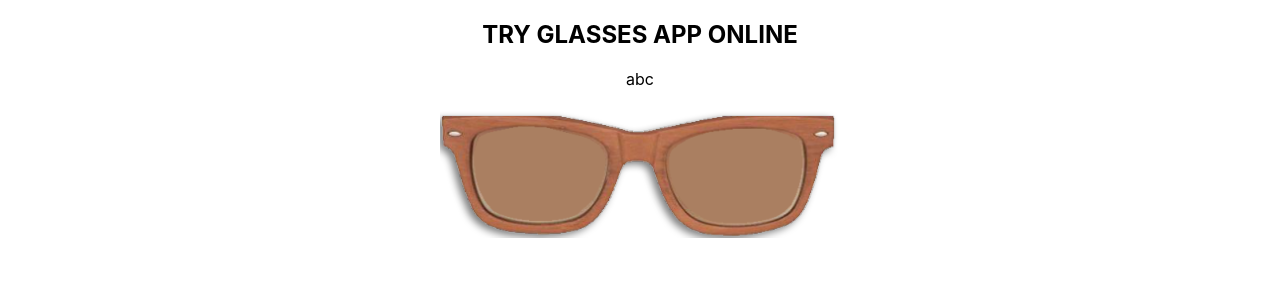
Repository: phongthanhh/ChoseGlass
Page: /
The author's editor kept a copy of each file at every save. The page is drawn from the files as they stood at one save, then again after the next save.
The browser window is 1280 px wide. The pictures show the whole page.
The project was rebuilt for these pictures with package versions that can differ from the ones it lists, and the page was loaded fresh each time.

Above is the page before, as saved 2022-12-25 15:15:46.

### src/App.js
import logo from './logo.svg';
import './App.css';
import BTGlass from './ChoseGlass/BTGlass';

function App() {
  return (
    <div className="App">
      <BTGlass />
    </div>
  );
}

export default App;

### src/ChoseGlass/BTGlass.jsx
import React, { Component } from 'react';

class BTGlass extends Component {

    listGlass = [
        {
            "id": 1,
            "price": 30,
            "name": "GUCCI G8850U",
            "url": "./img/glassesImage/v1.png",
            "desc": "Light pink square lenses define these sunglasses, ending with amother of pearl effect tip. "
        },
        {
            "id": 2,
            "price": 50,
            "name": "GUCCI G8759H",
            "url": "./img/glassesImage/v2.png",
            "desc": "Light pink square lenses define these sunglasses, ending with amother of pearl effect tip. "
        },
        {
            "id": 3,
            "price": 30,
            "name": "DIOR D6700HQ",
            "url": "./img/glassesImage/v3.png",
            "desc": "Light pink square lenses define these sunglasses, ending with amother of pearl effect tip. "
        },
        {
            "id": 4,
            "price": 70,
            "name": "DIOR D6005U",
            "url": "./img/glassesImage/v4.png",
            "desc": "Light pink square lenses define these sunglasses, ending with amother of pearl effect tip. "
        },
        {
            "id": 5,
            "price": 40,
            "name": "PRADA P8750",
            "url": "./img/glassesImage/v5.png",
            "desc": "Light pink square lenses define these sunglasses, ending with amother of pearl effect tip. "
        },
        {
            "id": 6,
            "price": 60,
            "name": "PRADA P9700",
            "url": "./img/glassesImage/v6.png",
            "desc": "Light pink square lenses define these sunglasses, ending with amother of pearl effect tip. "
        },
        {
            "id": 7,
            "price": 80,
            "name": "FENDI F8750",
            "url": "./img/glassesImage/v7.png",
            "desc": "Light pink square lenses define these sunglasses, ending with amother of pearl effect tip. "
        },
        {
            "id": 8,
            "price": 100,
            "name": "FENDI F8500",
            "url": "./img/glassesImage/v8.png",
            "desc": "Light pink square lenses define these sunglasses, ending with amother of pearl effect tip. "
        },
        {
            "id": 9,
            "price": 60,
            "name": "FENDI F4300",
            "url": "./img/glassesImage/v9.png",
            "desc": "Light pink square lenses define these sunglasses, ending with amother of pearl effect tip. "
        }
    ]

    render() {
        return (
            <div>
                <section className='main'>
                    <h2>TRY GLASSES APP ONLINE</h2>
                    <div className="item container">
                        <div className="row">
                            <div className="col-6">
                                abc
                            </div>
                            <div className="col-6">
                                <img src="" alt="" />
                            </div>
                        </div>
                        <div className="row">
                            <div className="col-2">
                                <img src="./img/glassesImage/v1.png" alt="" />
                            </div>
                        </div>
                    </div>
                </section>
            </div>
        );
    }
}

export default BTGlass;

Loaded but not shown: public/index.html (common file); src/index.js (common file); src/index.css (common file); src/reportWebVitals.js (common file); src/App.css (common file)

After the next save:
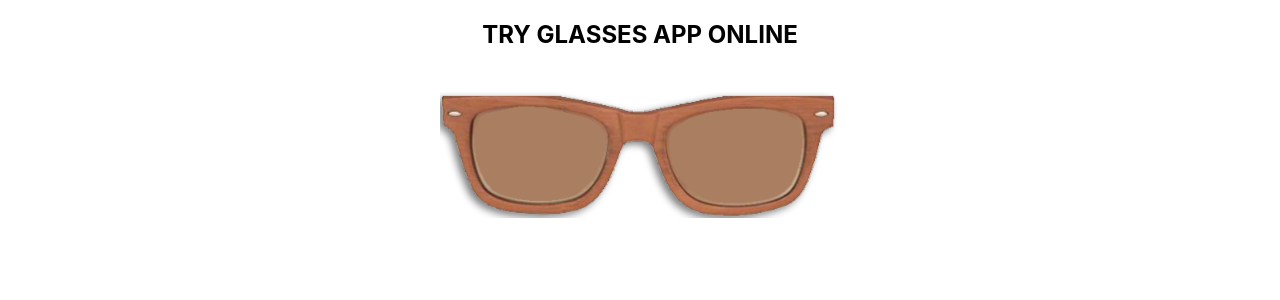
Saved 4 s later.
--- a/src/ChoseGlass/BTGlass.jsx
+++ b/src/ChoseGlass/BTGlass.jsx
@@ -76,7 +76,7 @@
                     <div className="item container">
                         <div className="row">
                             <div className="col-6">
-                                abc
+
                             </div>
                             <div className="col-6">
                                 <img src="" alt="" />
